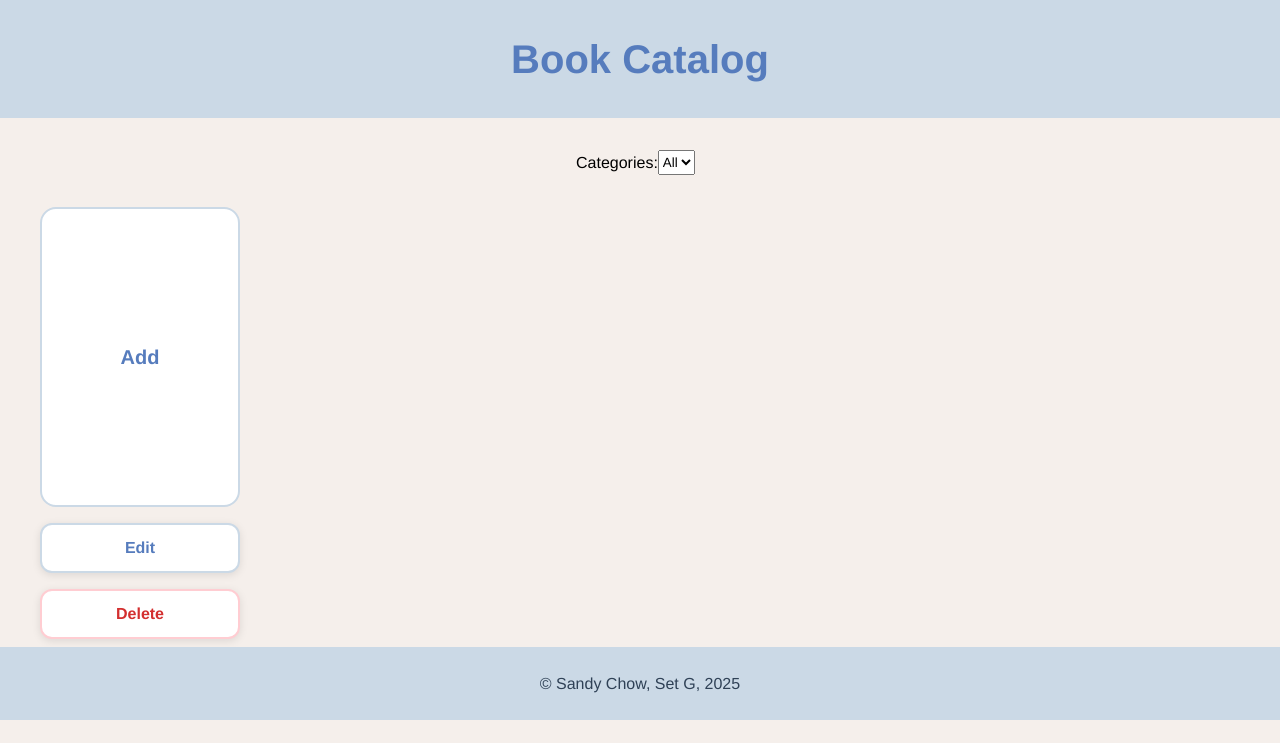
Repository: Bcit-sandy/COMP3170_Lab7
Page: /
An editor plug-in stored every save of this project. The page is shown before and after a run of saves, followed by the edit.
The browser window is 1280 px wide. The pictures show the whole page.
The project was rebuilt for these pictures with package versions that can differ from the ones it lists, and the page was loaded fresh each time. Also part of the build but not shown: vite.config.js, src/components/Info.jsx, src/components/Book.jsx.

Above is the page before, as saved 2025-10-25 23:43:46.

### index.html
<!doctype html>
<html lang="en">
  <head>
    <meta charset="UTF-8" />
    <link rel="icon" type="image/svg+xml" href="/vite.svg" />
    <meta name="viewport" content="width=device-width, initial-scale=1.0" />
    <title>Book Catalog App</title>
  </head>
  <body>
    <div id="root"></div>
    <script type="module" src="/src/main.jsx"></script>
  </body>
</html>

### src/main.jsx
import { StrictMode } from 'react';
import { createRoot } from 'react-dom/client';
import './index.css';
import './components/Modal/Modal.css';
import App from './App.jsx';

createRoot(document.getElementById('root')).render(
  <StrictMode>
    <App />
  </StrictMode>,
)

### src/index.css
:root {
  --light-blue-color: #CBD9E6;
  --blue-color: #567cbd;
  --beige-color: #f5efeb;
  --dark-blue-color: #2f4156;
  --white-color: #ffffff;
}

*{
  font-family: Helvetica, sans-serif
}

body {
  margin: 0;
  padding: 0;
  line-height: 1.6;
}

.app-header {
  background-color: var(--light-blue-color);
  min-height: 12vh;
  display: flex;
  flex-direction: column;
  align-items: center;
  justify-content: center;
}

.app-name {
  font-size: 2.5rem;
  color: var(--blue-color);
}

.app-main {
  background: var(--beige-color);
  width: 100%;
  min-height: 70vh;
  display: flex;
  flex-direction: column;
  align-items: center;
  justify-content: center;
  padding: 2rem 0;
  flex-wrap: wrap;
}

.app-main-content {
  background: var(--white-color);
  min-height: 10vh;
  width: 100%;
  display: flex;
  flex-direction: column;
  align-items: center;
  justify-content: center;
  padding: 2rem;
  border-radius: 12px;
  margin: 1rem;
  max-width: 1000px;
  flex-wrap: wrap;
}

.learn-more {
  color: var(--blue-color);
  text-decoration: none;
  transition: all 0.3s ease;
}

.learn-more:hover {
  color: var(--dark-blue-color);
  text-decoration: underline;
}

.app-main-content-text {
  font-size: 16px;
  color: var(--dark-blue-color);
  font-weight: 400;
  text-align: center;
  max-width: 600px;
  line-height: 1.7;
}

.add-button {
  background: var(--white-color);
  color: var(--blue-color);
  border: 2px solid var(--light-blue-color);
  border-radius: 16px;
  width: 200px;
  height: 300px;
  display: flex;
  align-items: center;
  justify-content: center;
  cursor: pointer;
  transition: all 0.3s ease;
  font-size: 1.25rem;
  font-weight: 600;
  box-shadow: 0 4px 12px var(--shadow-light);
  position: relative;
  overflow: hidden;

}

.add-button:hover {
  background-color: var(--blue-color);
  color: var(--white-color);
  box-shadow: 0 4px 15px rgba(0, 0, 0, 0.2);
  transform: translateY(-2px);
}

/* Update and Delete Button Styles */
.update-button,
.delete-button {
  background: var(--white-color);
  color: var(--blue-color);
  border: 2px solid var(--light-blue-color);
  border-radius: 12px;
  width: 200px;
  height: 50px;
  display: flex;
  align-items: center;
  justify-content: center;
  cursor: pointer;
  transition: all 0.3s ease;
  font-size: 1rem;
  font-weight: 600;
  box-shadow: 0 2px 8px rgba(0, 0, 0, 0.1);
  position: relative;
  overflow: hidden;
}

.update-button:hover {
  background-color: var(--blue-color);
  color: var(--white-color);
  border-color: var(--blue-color);
  box-shadow: 0 4px 12px rgba(86, 124, 189, 0.3);
  transform: translateY(-2px);
}

.delete-button {
  background: var(--white-color);
  color: #d32f2f;
  border: 2px solid #ffcdd2;
}

.delete-button:hover {
  background-color: #d32f2f;
  color: var(--white-color);
  border-color: #d32f2f;
  box-shadow: 0 4px 12px rgba(211, 47, 47, 0.3);
  transform: translateY(-2px);
}

.update-button:active,
.delete-button:active {
  transform: translateY(0);
  box-shadow: 0 2px 6px rgba(0, 0, 0, 0.2);
}

.app-content-container {
  display: grid;
  grid-template-columns: 200px 1fr;
  gap: 2rem;
  margin: 2rem auto;
  width: 100%;
  max-width: 1200px;
  padding: 0 1rem;
  margin-bottom: 10vh;
  align-items: start;
  justify-items: start;
  justify-content: center;
}

.add-button-column {
  grid-column: 1;
  grid-row: 1/ -1;
  display: flex;
  flex-direction: column;
  justify-content: center;
  align-items: center;
  gap: 1rem;
}

.button-group {
  display: flex;
  flex-direction: column;
  gap: 1rem;
  align-items: center;
  width: 100%;
}

.books-grid {
  grid-column: 2;
  display: grid;
  grid-template-columns: repeat(auto-fill, minmax(180px, 1fr));
  gap: 2rem;
  width: 100%;
  align-items: start;
  justify-items: start;
}

/* Responsive design --- smaller screens */
@media (max-width: 768px) {
  .app-main-content {
    width: 80%;
  }

  .app-content-container {
    grid-template-columns: auto;
    gap: 1rem;
  }

  .add-button-column {
    grid-row: 1/ -1;
    margin-bottom: 2rem;
  }

  .books-grid {
    grid-template-columns: repeat(auto-fill, minmax(180px, 1fr));
    gap: 2rem;
  }

  .add-button,
  .update-button,
  .delete-button {
    width: 150px;
    height: 45px;
    font-size: 0.9rem;
  }

  .add-button {
    height: 200px;
  }
}

.book-container {
  width: 200px;
  height: 300px;
  display: flex;
  flex-direction: column;
  align-items: center;
  border: none;
  background: var(--white-color);
  border-radius: 12px;
  transition: all 0.3s ease;
  overflow: hidden;
  justify-self: start;
  align-self: start;
}

.book-container:hover {
  transform: translateY(-4px);
  box-shadow: 0 8px 20px rgba(0, 0, 0, 0.15);
}

.book-container {
  cursor: pointer;
  position: relative;
}

.book-selected {
  border: 3px solid var(--blue-color) !important;
  background: var(--light-blue-color) !important;
  transform: translateY(-2px);
  box-shadow: 0 6px 16px var(--dark-blue-color) 50%;
}

.remove-button {
  position: absolute;
  top: 8px;
  right: 8px;
  background: var(--dark-blue-color);
  color: var(--white-color);
  border: none;
  border-radius: 50%;
  width: 25px;
  height: 25px;
  display: flex;
  align-items: center;
  justify-content: center;
  font-size: 16px;
  font-weight: bold;
  cursor: pointer;
  opacity: 0;
  transition: opacity 0.2s ease, background 0.2s ease;
  z-index: 2;
}

.book-container:hover .remove-button {
  opacity: 1;
}

.remove-button:hover {
  background: #d32f2f;
  transform: scale(1.1);
}

.book-cover {
  width: 100%;
  height: 100%;
  position: relative;
  overflow: hidden;
}

.book-cover-image {
  width: 100%;
  height: 100%;
  object-fit: cover;
  transition: transform 0.3s ease;
}

.book-container:hover .book-cover-image {
  transform: scale(1.05);
}

.book-price {
  font-size: 16px;
  background: var(--white-color);
  color: var(--dark-blue-color);
  margin: 0;
  width: 100%;
  height: 10px;
  font-weight: bold;
  text-align: center;
  padding: 0.75rem 0.5rem;
  display: flex;
  align-items: center;
  justify-content: center;
  border-top: 1px solid var(--light-blue-color);
}


.info-container {
  width: 100%;
  height: 50px;
  display: flex;
  align-items: center;
  justify-content: center;
  background: var(--light-blue-color);
  border-top: 1px solid var(--light-blue-color);
}

.info-link {
  font-size: 14px;
  color: var(--blue-color);
  background-color: var(--light-blue-color);
  width: 100%;
  height: 100%;
  font-weight: bold;
  text-decoration: none;
  cursor: pointer;
  transition: all 0.3s ease;
  display: flex;
  align-items: center;
  justify-content: center;
  border-radius: 0 0 12px 12px;
}

.info-link:hover {
  color: var(--dark-blue-color);
  text-decoration: underline;
  font-size: 16px;
}

.app-footer {
  background-color: var(--light-blue-color);
  color: var(--dark-blue-color);
  width: 100%;
  height: 10vh;
  display: flex;
  align-items: center;
  justify-content: center;
  position: fixed;
  bottom: 0;
  left: 0;
  border-top: 1px solid var(--light-blue-color);
  font-weight: 500;
  font-size: 16px;
}

### src/components/Modal/Modal.css
/* Modal dialog base */
dialog {
  border: none;
  border-radius: 16px;
  padding: 3rem;
  width: 100vw;
  max-width:400px;
  background: var(--white-color);
  box-shadow: 0 12px 40px rgba(0, 0, 0, 0.25);
}

/* Backdrop */
dialog::backdrop {
  background: rgba(47, 65, 86, 0.15);
  backdrop-filter: blur(2px);
}

/* Heading */
.new-book-form h2,
.form-container h2 {
  margin: 0 0 1rem 0;
  color: var(--blue-color);
  font-size: 1.5rem;
}

/* Form layout */
.new-book-form,
.form-container form {
  display: flex;
  flex-direction: column;
  gap: 1rem;
}

.new-book-form label,
.form-container .form-control label {
  color: var(--dark-blue-color);
  font-weight: bold;
  margin-bottom: 0.5rem;
}

.new-book-form input,
.form-container .form-control input {
    align-items: center;
    height: 1rem;
    font-size: 1rem;
    width: 100%;
    padding: 0.5rem;
    border: 2px solid var(--light-blue-color);
    border-radius: 10px;
}


/* Button style */
.button-primary,
.btn.primary {
  background: var(--blue-color);
  color: var(--white-color);
  border: 1px solid var(--blue-color);
  border-radius: 10px;
  padding: 0.5rem;
  width:50%;
  font-weight: bold;
  cursor: pointer;
}

.button-primary:hover,
.btn.primary:hover {
  background: var(--dark-blue-color);
}

.button-secondary {
  background: var(--white-color);
  color: var(--blue-color);
  border: 2px solid var(--light-blue-color);
  border-radius: 10px;
  padding: 0.5rem 0.9rem;
  font-weight: bold;
  cursor: pointer;
}

.button-secondary:hover {
  background: var(--blue-color);
  color: var(--white-color);
}

.form-container .form-control {
  display: flex;
  flex-direction: column;
}

/* Small screens */
@media (max-width: 480px) {
  dialog {
    width: 95vw;
    padding: 1.25rem;
  }
}

### src/App.jsx
import { useState } from "react";
import Book from "./components/Book";
import Add from "./components/New";
import Main from "./components/Main";
import data from "../data/books.json";
import Filter from "./components/Filter/Filter";

function App() {
  const [books, setBooks] = useState(data);
  const [selectedBook, setSelectedBook] = useState(null);

  function getBooks(bookData) {
    const isSelected = selectedBook && (selectedBook.isbn13 || selectedBook.title) === (bookData.isbn13 || bookData.title);
    return (
      <Book
        key={bookData.isbn13 || bookData.title}
        data={bookData}
        onSelect={handleBookSelection}
        isSelected={isSelected}
      />
    );
  }

  function handleBookSelection(book) {
    // If clicking the same book that's already selected, unselect it
    if (selectedBook && (selectedBook.isbn13 || selectedBook.title) === (book.isbn13 || book.title)) {
      setSelectedBook(null);
    } else {
      // Otherwise, select the clicked book
      setSelectedBook(book);
    }
  }

  function handleUpdateBook(updatedBook) {
    setBooks(prevBooks =>
      prevBooks.map(book =>
        (book.isbn13 || book.title) === (updatedBook.isbn13 || updatedBook.title)
          ? updatedBook
          : book
      )
    );
    setSelectedBook(updatedBook);
  }

  function handleDeleteBook() {
    if (selectedBook) {
      setBooks(prevBooks => prevBooks.filter(book =>
          (book.isbn13 || book.title) !== (selectedBook.isbn13 || selectedBook.title)
        ));
        setSelectedBook(null);
    } else {
      alert("Please select a book to delete");
    }
  }

  function handleAddBook(newBook) {
    setBooks(prevBooks => [...prevBooks, newBook]);
  }

  const categories = [...new Set(books.map(book => book.category))];

  return (
    <div>
      <header className="app-header">
       <h1 className="app-name">Book Catalog</h1>
      </header>

      <main className="app-main">
        <Filter categories={categories} />
        <div className="app-content-container">
          <div className="add-button-column">
            <Add
              onDelete={handleDeleteBook}
              onAddBook={handleAddBook}
              book={selectedBook}
              update={handleUpdateBook}
            />
          </div>
          <Main>
            {books.map(getBooks)}
          </Main>
        </div>
      </main>

      <footer className="app-footer">
        <p>&copy; Sandy Chow, Set G, 2025</p>
      </footer>
    </div>

  )
}

export default App;

### src/components/New.jsx
import Modal from "./Modal/Modal";
import BookForm from "./Bookform";

function Add ({ onDelete, onAddBook, book, update }) {
  return (
    <div className="button-group">
      <Modal btnLabel="Add" btnClassName="add-button">
        <BookForm onAddBook={onAddBook} />
      </Modal>

      <Modal btnLabel="Edit" btnClassName="update-button">
        <BookForm book={book} add={update} onAddBook={onAddBook}/>
      </Modal>

      <button
        className="delete-button"
        onClick={onDelete}
        title="Delete selected book"
      >
        Delete
      </button>
    </div>
  )
}

export default Add

### src/components/Main.jsx
export default function Main({children}) {
    return (
        <main className="books-grid">
            {children}
        </main>
    );
}

### data/books.json
    [
]

### src/components/Filter/Filter.jsx
import "./Filter.css";
import { useState } from "react";
function Filter({ categories = [] }) {
    const [filter, setFilter] = useState('');
    return (
        <div className="filter-container">
            Categories:
            <select
                value={filter}
                onChange={(e) => setFilter(e.target.value)}>
                <option value=''>All</option>
                {[...categories].map((category) => (
                    <option value={category}>{category}</option>
                ))}
            </select>
        </div>
    );
}

export default Filter;

### src/components/Modal/Modal.jsx
import { useRef } from 'react';

function Modal({ btnLabel, btnClassName, children }) {

    const modalRef = useRef();

    function openModal() {
        modalRef.current.showModal();
    }

    function closeModal() {
        modalRef.current.close();
    }

    return (
        <>
            <button onClick={openModal} className={btnClassName}>{btnLabel}</button>
            <dialog ref={modalRef}>
                {children}
            </dialog>
        </>
    );

}

export default Modal;

### src/components/Bookform.jsx
import { useState } from "react";
import { nanoid } from "nanoid";

function BookForm({book, add, onAddBook}) {
    const [formData, setFormData] = useState({
        title: book?.title || '',
        author: book?.author || '',
        publisher: book?.publisher || '',
        year: book?.year || '',
        language: book?.language || '',
        pages: book?.pages || '',
        image: book?.image || ''
    });

    function handleChange(e) {
        const { name, value } = e.target;
        setFormData(prev => ({
            ...prev,
            [name]: value
        }));
    }

    function handleSubmit(e) {
        e.preventDefault();

        if (book) {
            // Edit mode - update existing book
            const updatedBook = {
                ...book,
                title: formData.title,
                author: formData.author,
                publisher: formData.publisher,
                year: formData.year,
                language: formData.language,
                pages: formData.pages,
                image: formData.image
            };
            add(updatedBook);
        } else {
            // Add mode - create new book
            const newBook = {
                title: formData.title,
                author: formData.author,
                publisher: formData.publisher,
                year: formData.year,
                language: formData.language,
                pages: formData.pages,
                image: formData.image,
                url: '#',
                isbn13: nanoid(),
                selected: false
            };
            if (onAddBook) {
                onAddBook(newBook);
            }
        }

        // Close modal
        const modal = document.querySelector('dialog[open]');
        if (modal) {
            modal.close();
        }

        // Reset form
        setFormData({
            title: '',
            author: '',
            publisher: '',
            year: '',
            language: '',
            pages: '',
            image: ''
        });
    }

    return (
        <div className="form-container">
            <h2> {book ? 'Edit book' : 'Add a new book'} </h2>
            <form onSubmit={handleSubmit}>
                <div className="form-control">
                    <label htmlFor="title"> Title </label>
                    <input
                        type="text"
                        name="title"
                        placeholder="Title..."
                        value={formData.title}
                        onChange={handleChange}
                    />
                </div>

                <div className="form-control">
                    <label htmlFor="author"> Author </label>
                    <input
                        type="text"
                        name="author"
                        placeholder="Author..."
                        value={formData.author}
                        onChange={handleChange}
                    />
                </div>

                <div className="form-control">
                     <label htmlFor="publisher"> Publisher </label>
                    <input
                        type="text"
                        name="publisher"
                        placeholder="Publisher..."
                        value={formData.publisher}
                        onChange={handleChange}
                    />
                </div>

                <div className="form-control">
                     <label htmlFor="year"> Publication Year </label>
                    <input
                        type="number"
                        name="year"
                        placeholder="Publication Year..."
                        value={formData.year}
                        onChange={handleChange}
                        min="1000"
                        max="2025"
                    />
                </div>

                <div className="form-control">
                     <label htmlFor="language"> Language </label>
                    <input
                        type="text"
                        name="language"
                        placeholder="Language..."
                        value={formData.language}
                        onChange={handleChange}
                    />
                </div>

                <div className="form-control">
                     <label htmlFor="pages"> Pages </label>
                    <input
                        type="number"
                        name="pages"
                        placeholder="Pages..."
                        value={formData.pages}
                        onChange={handleChange}
                        min="1"
                    />
                </div>

                <div className="form-control">
                     <label htmlFor="image"> Image URL </label>
                    <input
                        type="url"
                        name="image"
                        placeholder="https://..."
                        value={formData.image}
                        onChange={handleChange}
                    />
                </div>

                <button className="btn primary" type="submit">
                    {book ? 'Update' : 'Submit'}
                </button>
            </form>
        </div>
    );
}

export default BookForm;

### src/components/Filter/Filter.css
.filter-container {
    display: flex;
    flex-direction: row;
    align-items: left;
    justify-content: left;
    padding: 0 2rem;
    background-color: var(--beige-color);
    width: 10%;
}

After the next 2 saves:
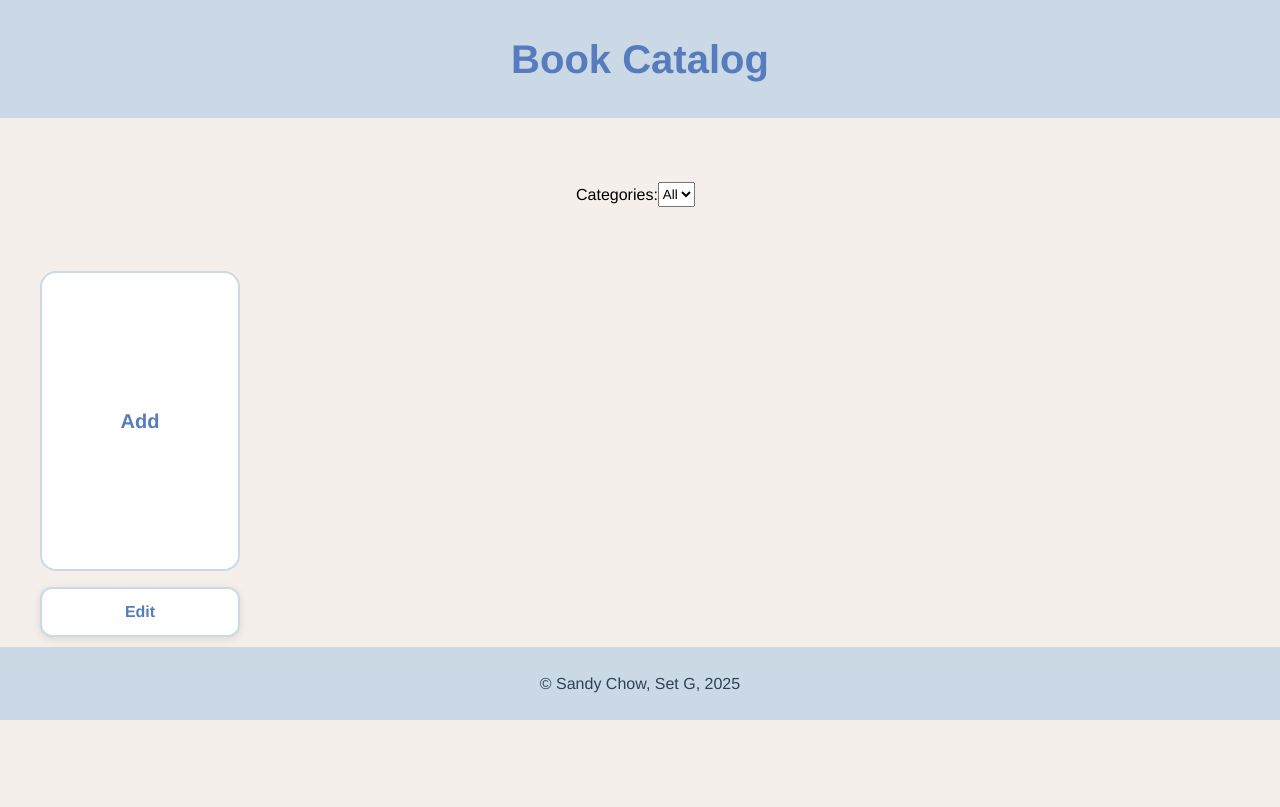
The 2 saves are shown as one change because they came seconds apart.
The last was saved 22 s later.
--- a/src/components/Filter/Filter.css
+++ b/src/components/Filter/Filter.css
@@ -3,7 +3,7 @@
     flex-direction: row;
     align-items: left;
     justify-content: left;
-    padding: 0 2rem;
+    padding: 2rem 0;
     background-color: var(--beige-color);
     width: 10%;
 }
